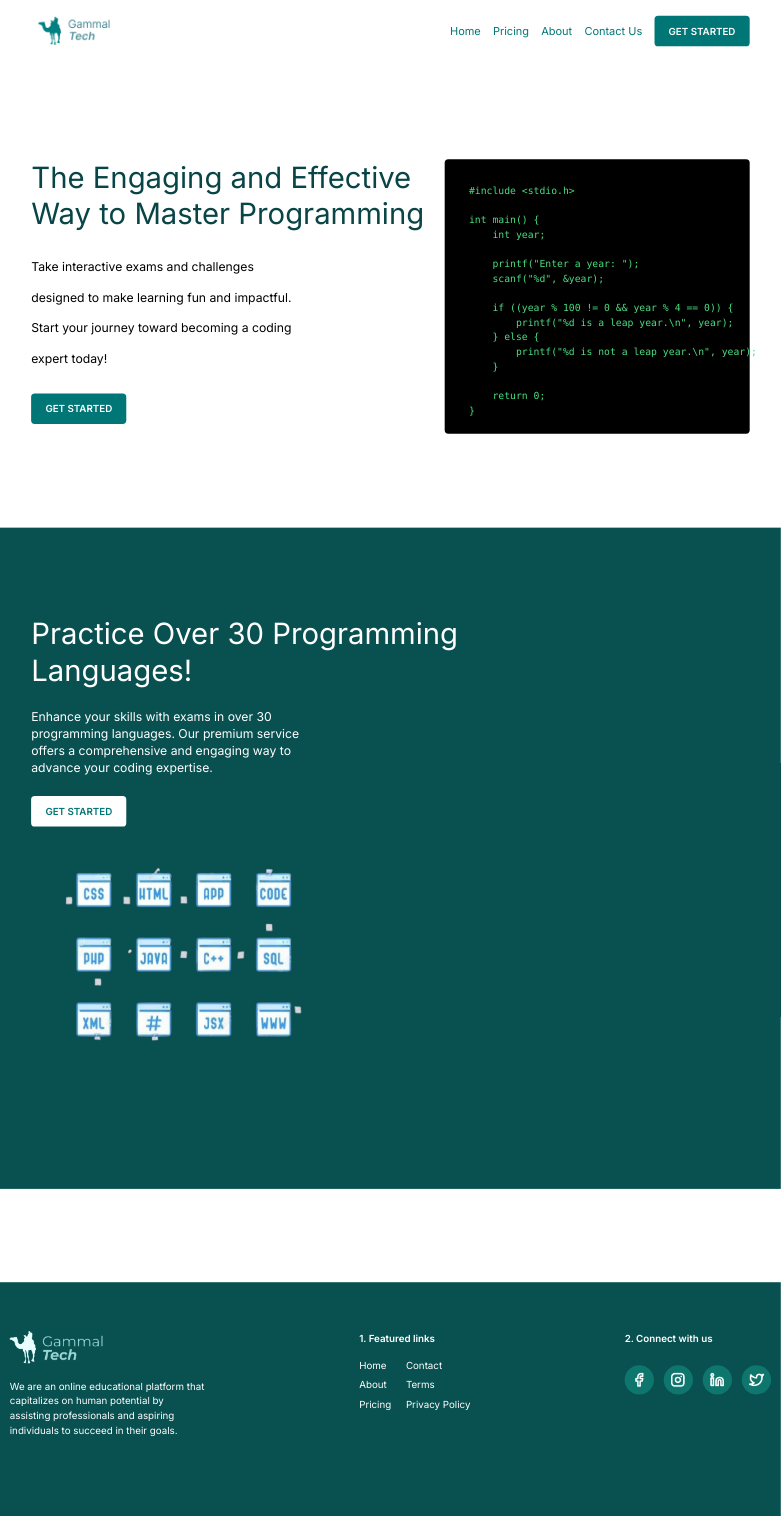
Repository: Ahmed77669/Internship-test
Page: /
The author's editor kept a copy of each file at every save. The page is drawn from the files as they stood at one save, then again after the next save.
The browser window is 1280 px wide. The pictures show the whole page, at 61% of full size.
The project was rebuilt for these pictures with package versions that can differ from the ones it lists, and the page was loaded fresh each time. The framework's server and built-in components were replaced by stand-ins that run in the browser. Also part of the build but not shown: next.config.mjs.

Above is the page before, as saved 2024-10-13 18:31:31.

After the next save:
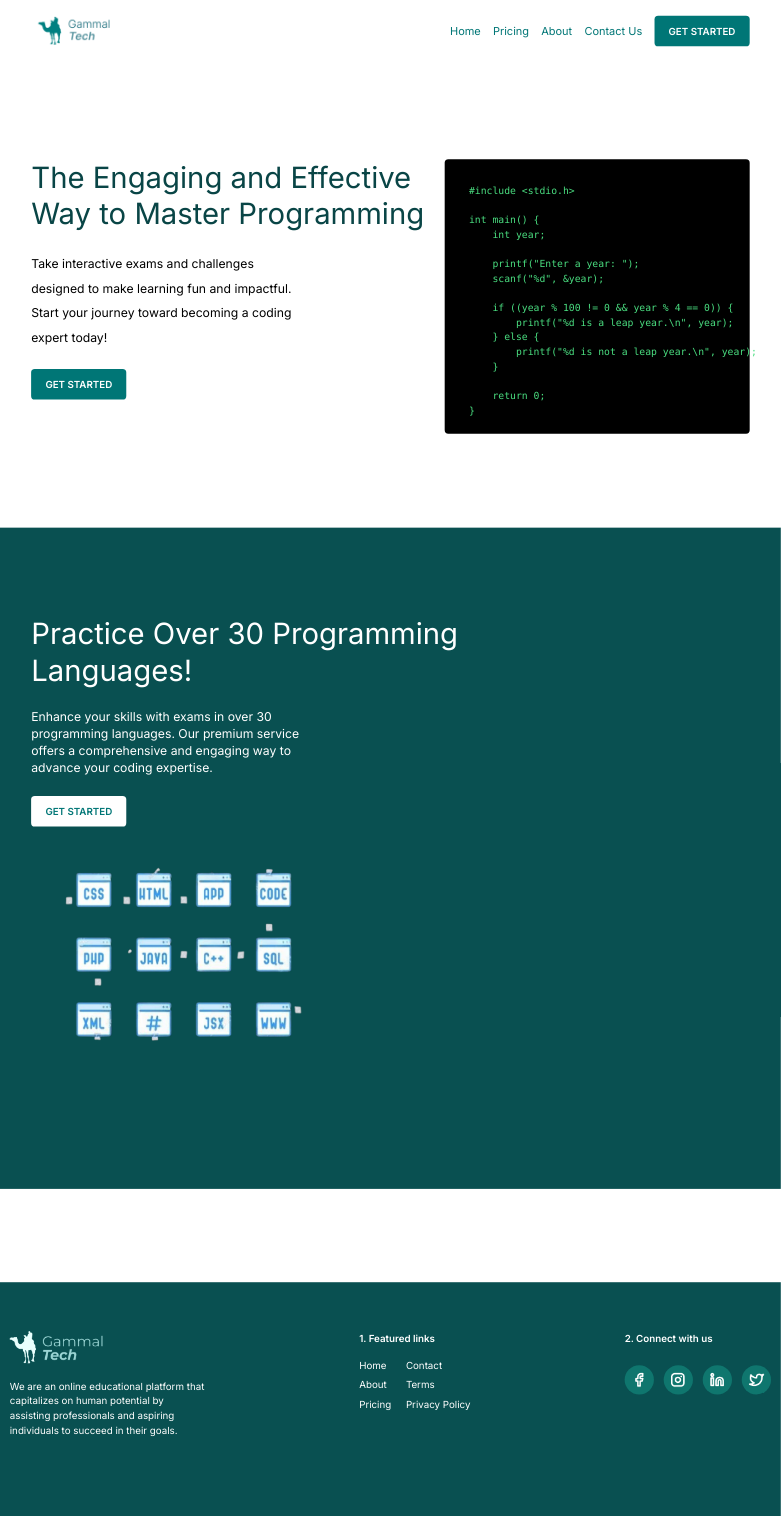
Saved 5 s later.
--- a/components/Home_1.tsx
+++ b/components/Home_1.tsx
@@ -9,7 +9,7 @@
             <div className='w-[660px]'>
                 <div className="text-[#094546] text-5xl w-full leading-[60px]">The Engaging and Effective Way to Master Programming</div>
 
-                    <p className='text-black w-2/3 text-xl mt-8 leading-[50px]'>
+                    <p className='text-black w-2/3 text-xl mt-8 leading-[40px]'>
                     Take interactive exams and challenges designed to make learning fun and impactful. Start your journey toward becoming a coding expert today!
                     </p>
 
